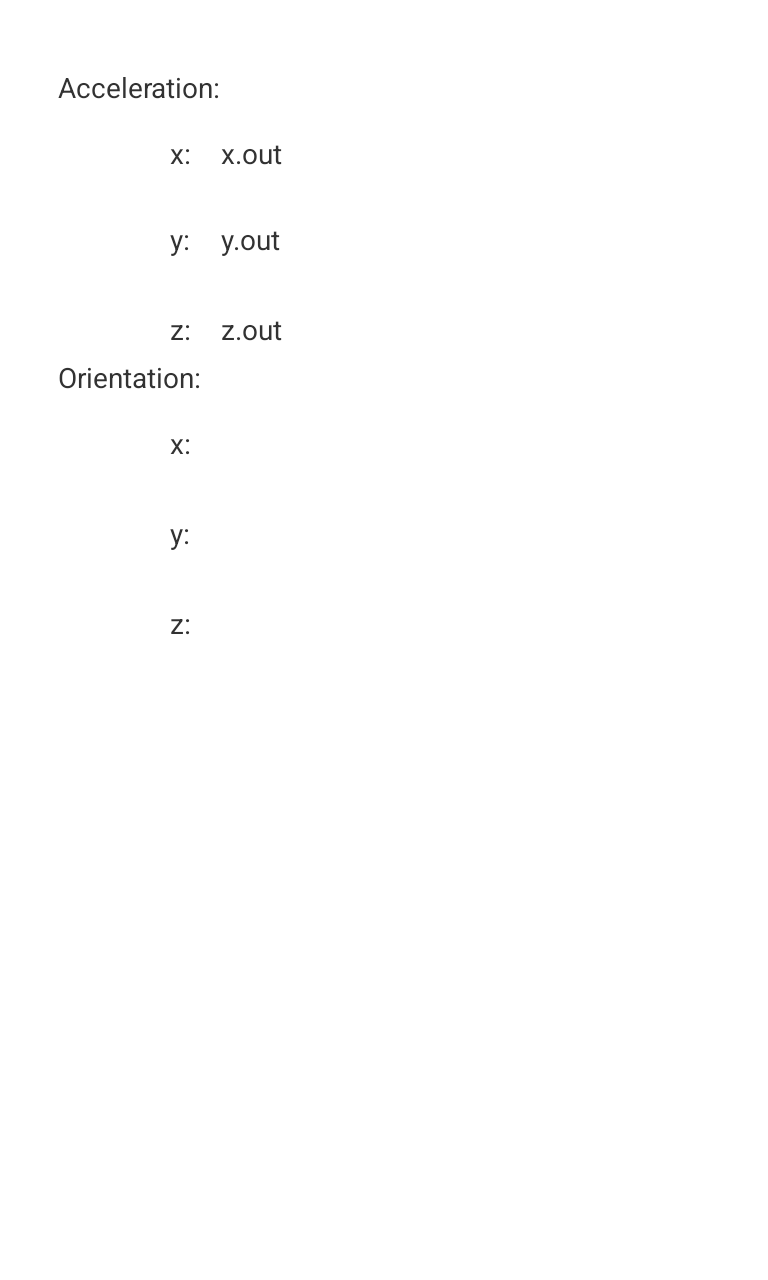
Repository: redsoxfantom/Gerrymander
Layout: Android App/RiftRaff/res/layout/activity_main.xml
These files come from the project's save history. The layout is drawn as it stood at one moment and after the next save; the edit follows.
It is drawn on a 768 x 1280 px phone screen (xhdpi) without system bars, with theme AppTheme; the app's code is not run.

Above is the layout before, as saved 2014-11-08 21:42:33.

After the next save:
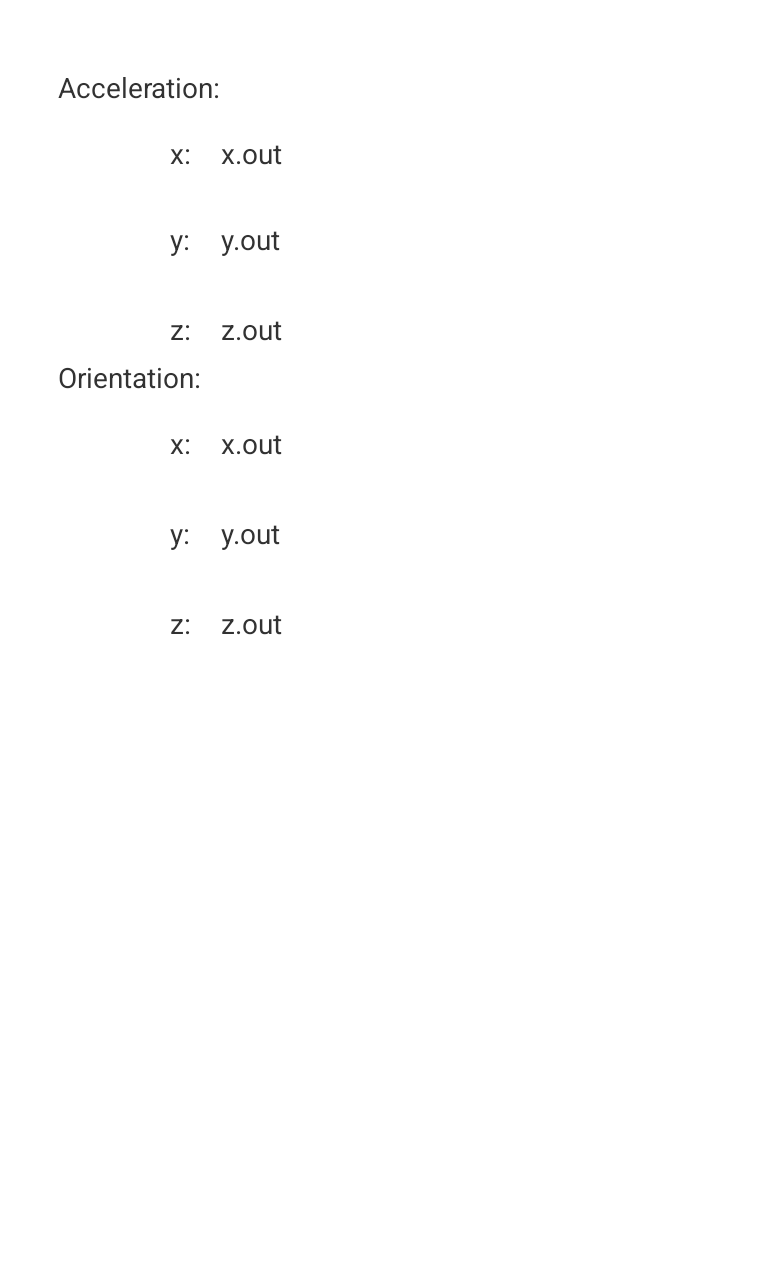
Saved 55 s later.
--- a/Android App/RiftRaff/res/layout/activity_main.xml
+++ b/Android App/RiftRaff/res/layout/activity_main.xml
@@ -113,6 +113,33 @@
             android:layout_alignLeft="@+id/yBox01"
             android:text="z.out" />
 
+        <TextView
+            android:id="@+id/xBox02"
+            android:layout_width="wrap_content"
+            android:layout_height="wrap_content"
+            android:layout_alignBaseline="@+id/xView02"
+            android:layout_alignBottom="@+id/xView02"
+            android:layout_toRightOf="@+id/accelView"
+            android:text="x.out" />
+
+        <TextView
+            android:id="@+id/yBox02"
+            android:layout_width="wrap_content"
+            android:layout_height="wrap_content"
+            android:layout_alignBaseline="@+id/yView02"
+            android:layout_alignBottom="@+id/yView02"
+            android:layout_alignLeft="@+id/xBox02"
+            android:text="y.out" />
+
+        <TextView
+            android:id="@+id/zBox02"
+            android:layout_width="wrap_content"
+            android:layout_height="wrap_content"
+            android:layout_alignBaseline="@+id/zView02"
+            android:layout_alignBottom="@+id/zView02"
+            android:layout_alignLeft="@+id/yBox02"
+            android:text="z.out" />
+
     </RelativeLayout>
 
 </FrameLayout>
